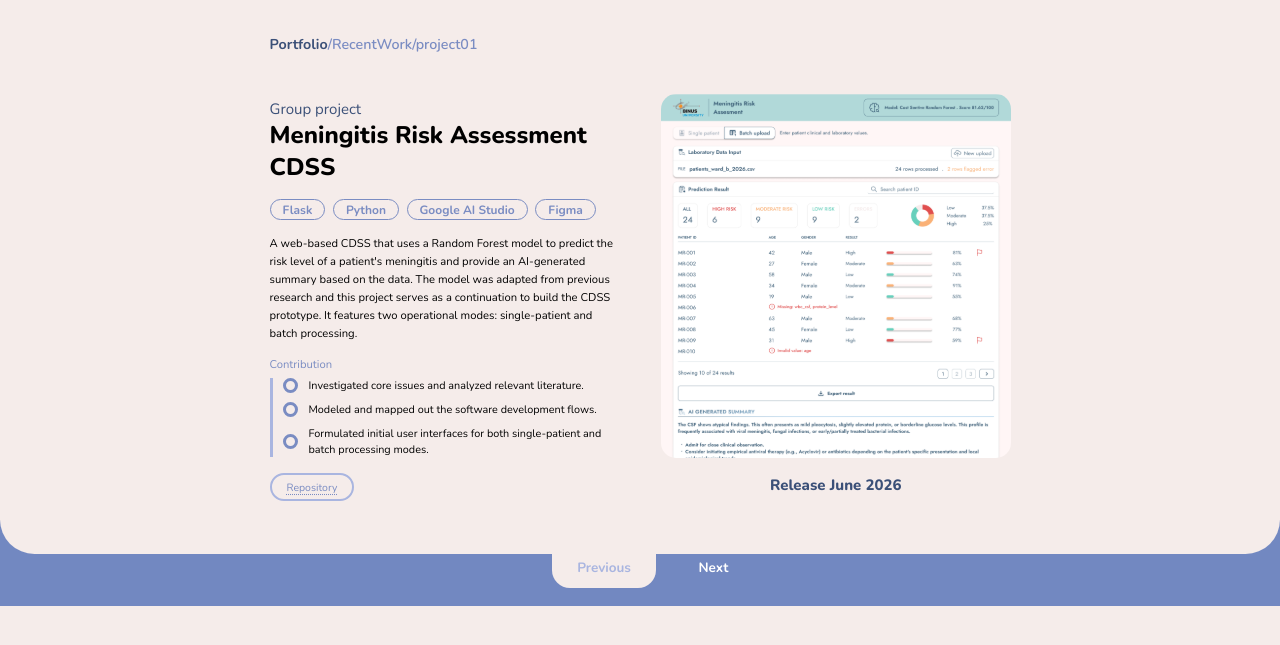
Repository: L-vy/L-vy
Page: /recentworks/project01
These files come from the project's save history. The page is drawn as it stood at one moment and after the next save; the edit follows.
The browser window is 1280 px wide. The pictures show the whole page.
Some web fonts or font styles are not loaded; a fallback is used. The project was rebuilt for these pictures with package versions that can differ from the ones it lists, and the page was loaded fresh each time. Also part of the build but not shown: vite.config.ts, src/components/Icon.tsx, src/data/site.ts, src/components/useGoTo.ts, src/components/Navbar.tsx, src/components/Hero.tsx, src/components/Reveal.tsx, src/components/Skills.tsx and 9 more.

Above is the page before, as saved 2026-10-07 19:51:31.

After the next save:
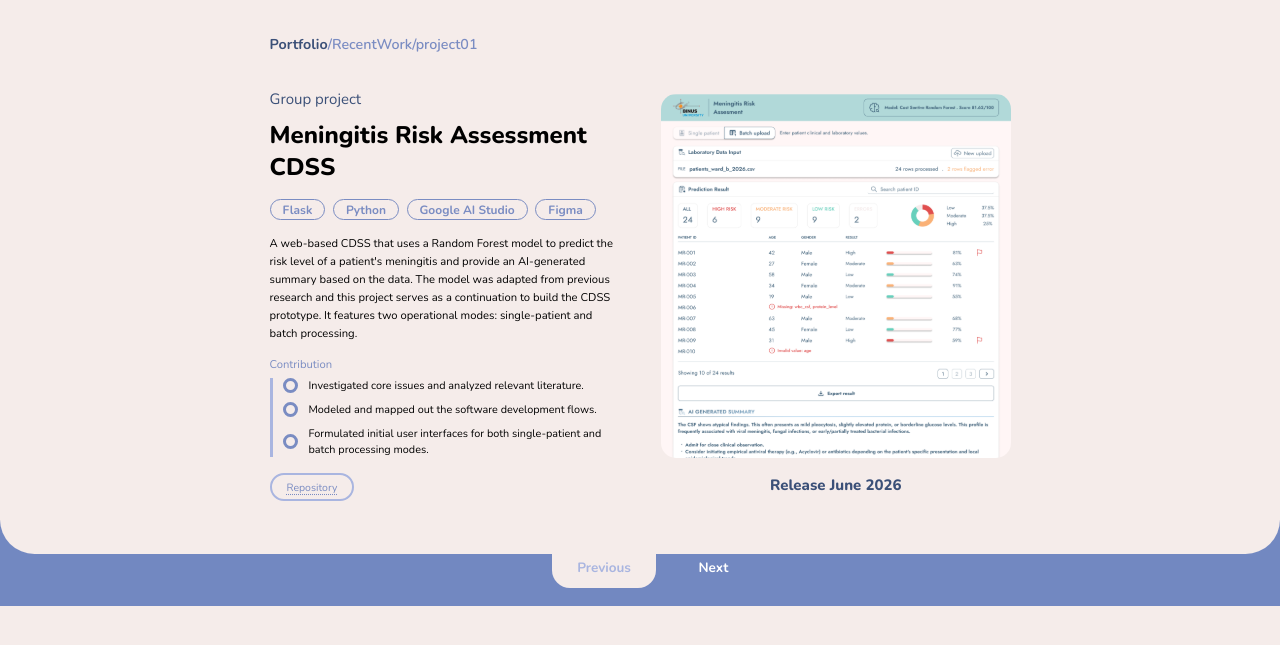
Saved 8 s later.
--- a/src/styles.css
+++ b/src/styles.css
@@ -135,7 +135,7 @@ h1{margin-top:0.25rem;font:400 2.5rem/1.35 'Playwrite US Modern','Nunito',cursiv
 .detail-grid{display:grid;grid-template-columns:1fr 1fr;gap:3.5rem;align-items:center;margin-top:2.875rem}
 .detail-title{margin:0;font:800 2rem/1.3 'Nunito',sans-serif}
 .detail .pills{margin-top:1.375rem}
-.meta{margin-top:0.875rem;font-size:1.25rem;font-weight:400;color:var(--ink)}
+.meta{margin-bottom:0.875rem;font-size:1.25rem;font-weight:400;color:var(--ink)}
 .contrib{margin:1.125rem 0 0.5rem;font:400 0.9375rem 'Playwrite US Modern','Nunito',cursive;color:var(--peri)}
 .contrib-list{border-left:3px solid var(--light);padding-left:0.875rem;display:grid;gap:0.75rem;font-size:0.90625rem}
 .contrib-list li{display:flex;gap:0.875rem;align-items:center}
